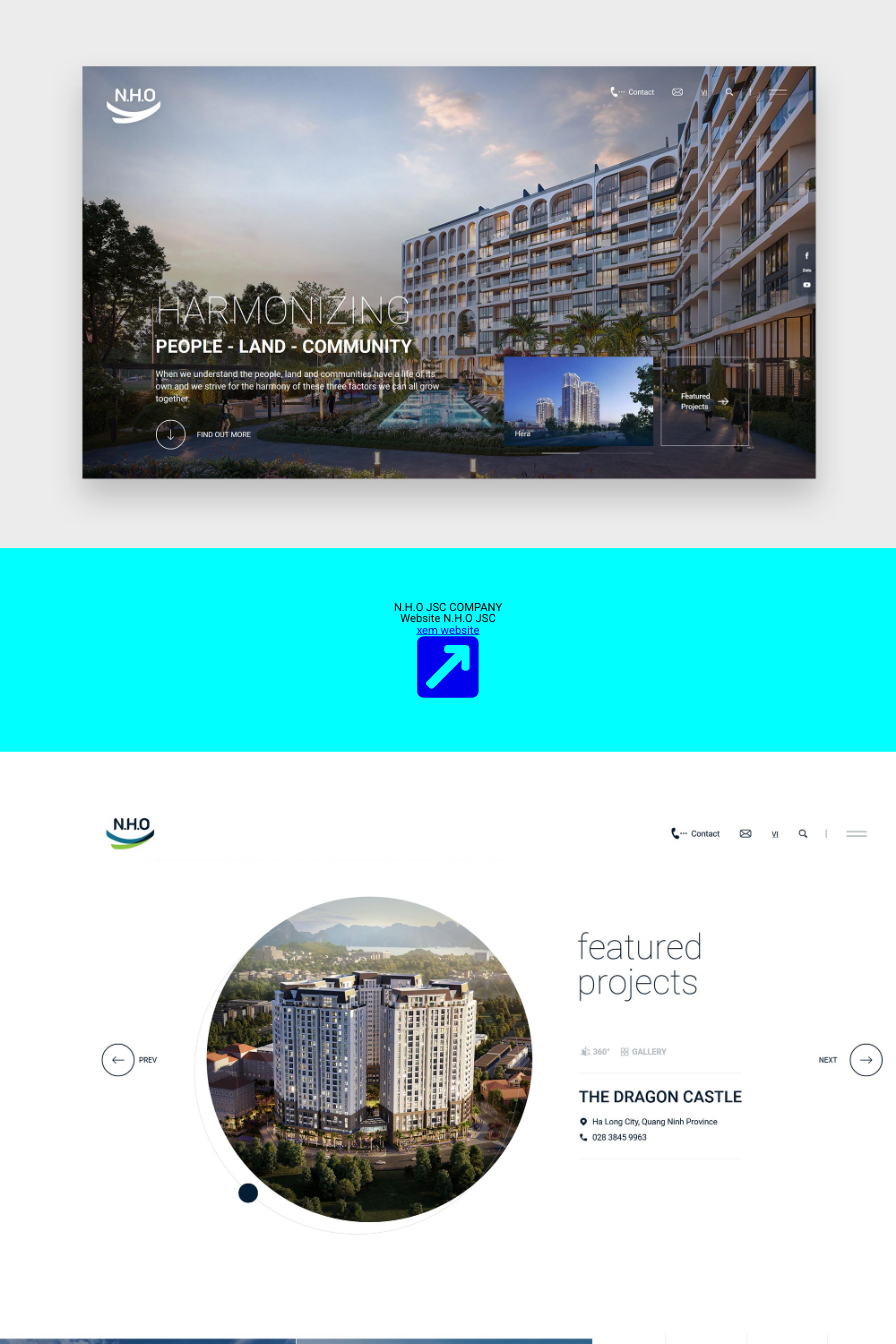
Repository: Minns-Cao/project-BTQ
Page: company.html
The author's editor kept a copy of each file at every save. The page is drawn from the files as they stood at one save, then again after the next save.
The browser window is 1280 px wide. The pictures show the part of the page from y = 0 to 1920 px (the page is 6057 px tall), at 70% of full size.

Above is the page before, as saved 2023-07-02 09:32:20.
Console error: TypeError: Cannot read properties of null (reading 'addEventListener')

After the next save:
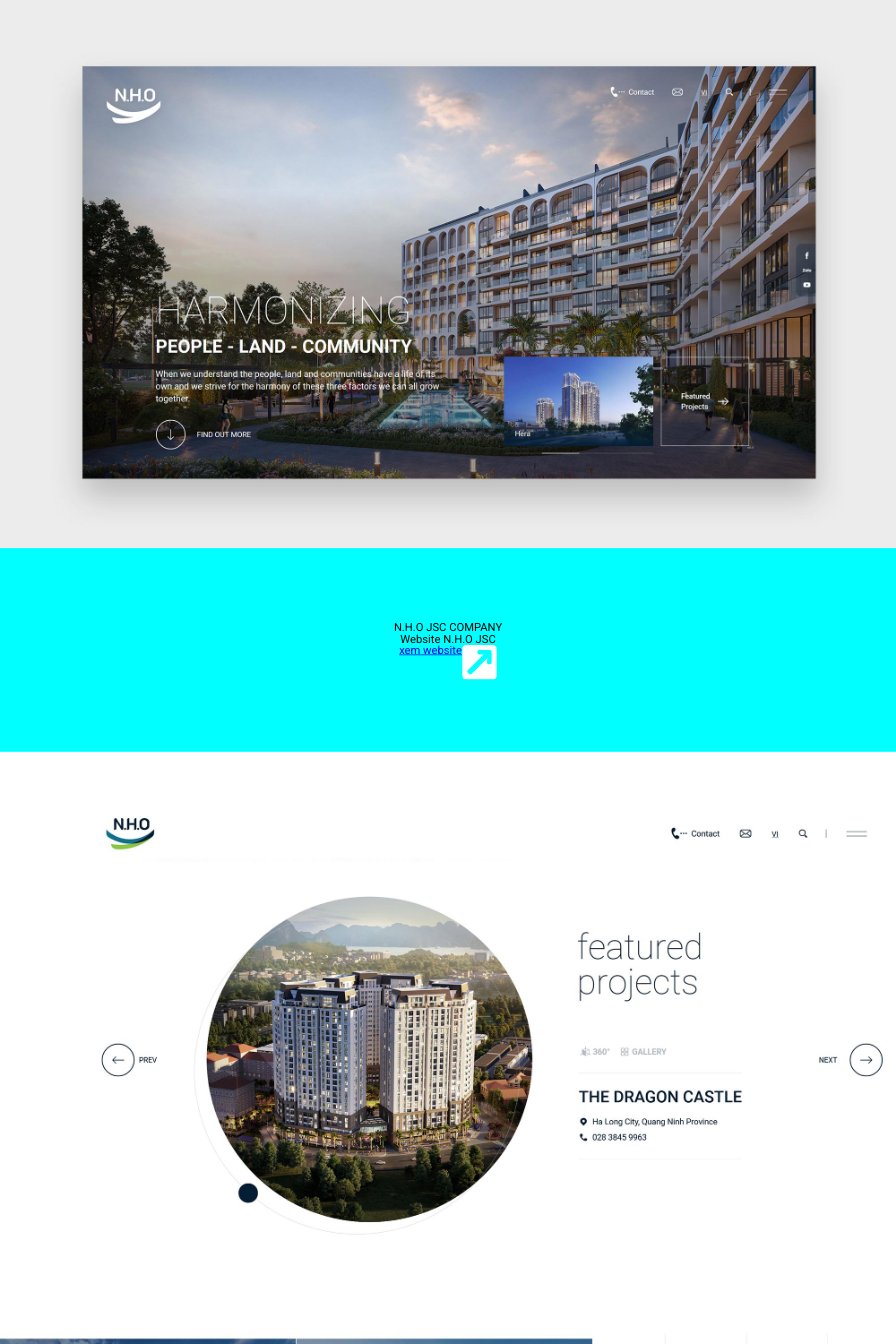
Saved 4 s later.
--- a/assets/css/styleCustomer.css
+++ b/assets/css/styleCustomer.css
@@ -15,7 +15,10 @@
     height: 40vh;
 }
 
-.details-title-name .lin
+.details-title-name .linkWebCus {
+    display: flex;
+    fl
+}
 
 .details-title-name .icon {
     width: 50px;
